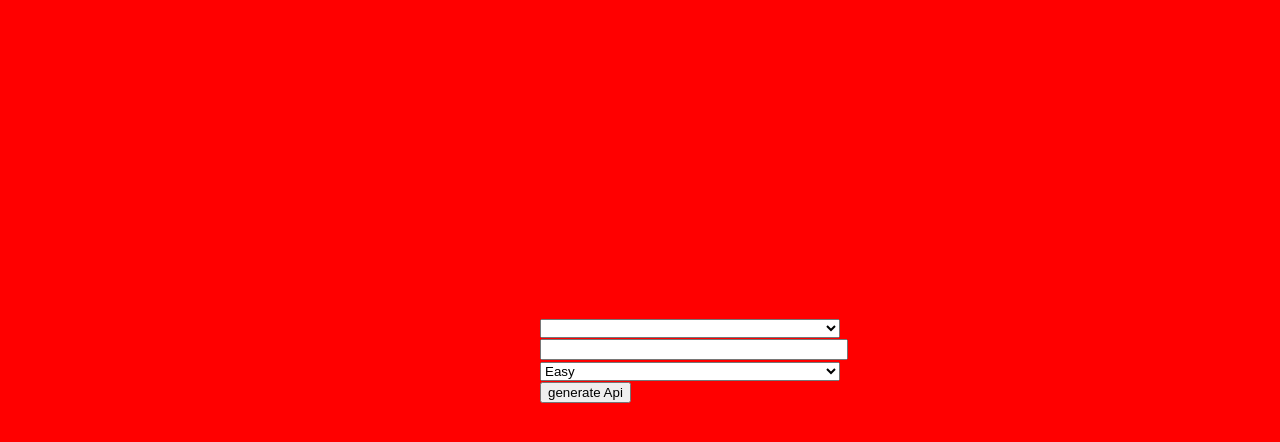
Repository: ranausama48/quiz-App
Page: /
These files come from the project's save history. The page is drawn as it stood at one moment and after the next save; the edit follows.
The browser window is 1280 px wide. The pictures show the whole page.
The page's requests for data from a server got no answer. The project was rebuilt for these pictures with package versions that can differ from the ones it lists, and the page was loaded fresh each time. No one was signed in, and anything a server would have sent is missing. Also part of the build but not shown: src/components/QuestionCard.tsx, src/components/ScorePage.tsx, src/components/QuizDash.tsx.

Above is the page before, as saved 2020-07-26 14:25:34.

After the next save:
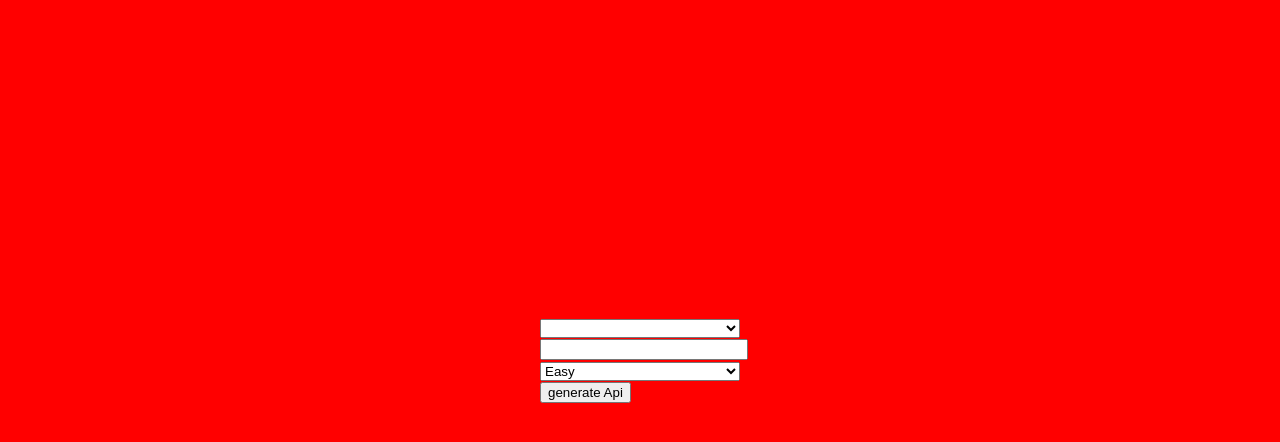
Saved 9 s later.
--- a/src/App.tsx
+++ b/src/App.tsx
@@ -14,7 +14,7 @@ const Container = styled.div`
     max-width: 200px;
     select,
     input {
-      min-width: 300px !important;
+      min-width: 100% !important;
     }
   }
 `;
